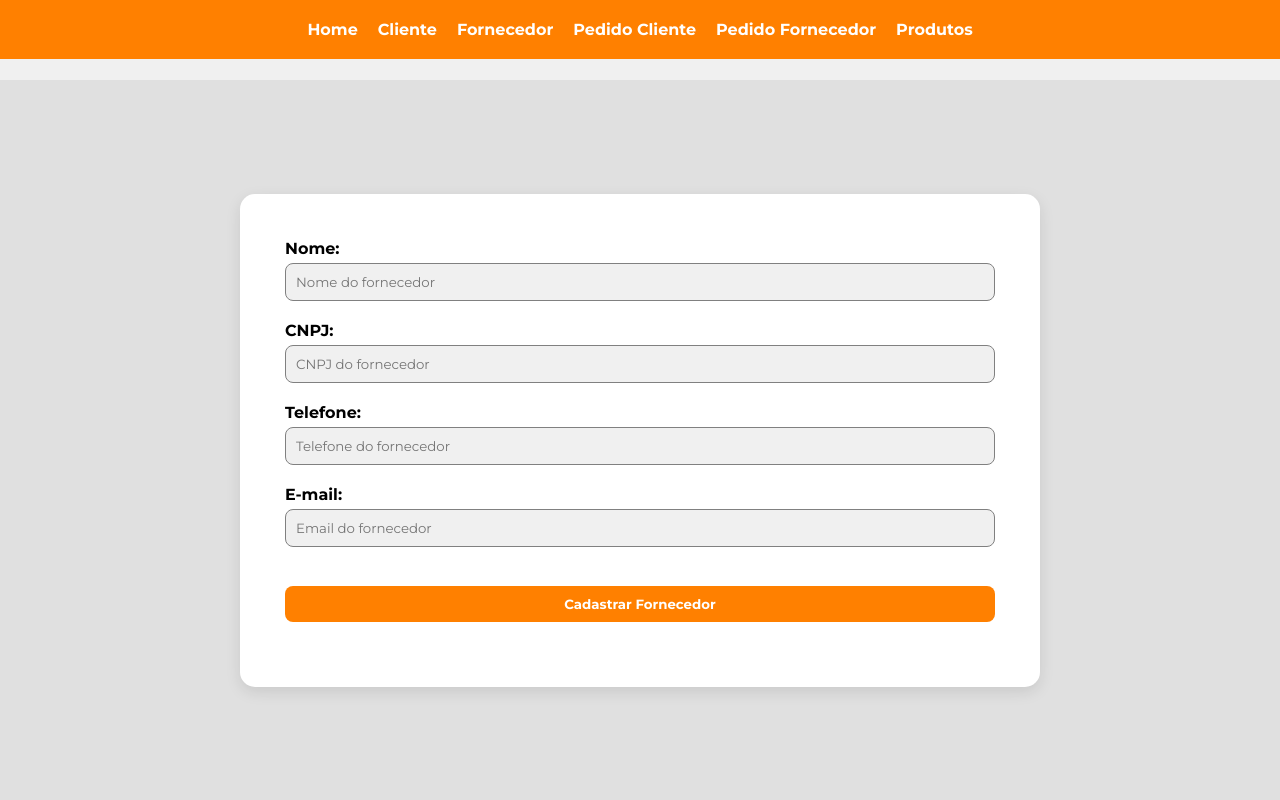
Repository: walterdmp/JavaWeb_BartoBotinas
Page: http://localhost/BartoBotinas/cadastrarFornecedor.jsp
These files come from the project's save history. The page is drawn as it stood at one moment and after the next save; the edit follows.
The browser window is 1280 px wide. The pictures show the whole page.
The page is served by Tomcat 9. Other server files are loaded and not shown.

Above is the page before, as saved 2024-07-30 20:36:03.

### BartoBotinas/WebContent/cadastrarFornecedor.jsp
<%@ page language="java" contentType="text/html; charset=UTF-8" pageEncoding="UTF-8"%>
<!DOCTYPE html>
<html>
<head>
<link rel="stylesheet" href="css/estilo.css">

<meta charset="UTF-8">
<title>Bartô Botinas</title>
</head>
<body>
	<nav class="bartoNav">
		<ul>
			<li><a href="home.jsp">Home</a></li>
			<li><a href="cadastrarCliente.jsp">Cliente</a></li>
			<li><a href="cadastrarFornecedor.jsp">Fornecedor</a></li>
			<li><a href="cadastrarPedidoCliente.jsp">Pedido Cliente</a></li>
			<li><a href="pedidoFornecedor.jsp">Pedido Fornecedor</a></li>
			<li><a href="cadastrarProdutos.jsp">Produtos</a></li>
		</ul>
	</nav>
	<main class="bartoMain">
		<form action="cadastrarFornecedor" method="post" class="bartoForm">
			<div>
				<label for="nome"><strong>Nome:</strong></label>
				<input type="text" id="nome" name="nome" placeholder="Nome do fornecedor" required>
			</div>
			<div>
				<label for="cnpj"><strong>CNPJ:</strong></label>
				<input type="text" id="cnpj" name="cnpj" placeholder="CNPJ do fornecedor" required>
			</div>
			<div>
				<label for="telefone"><strong>Telefone:</strong></label>
				<input type="text" id="telefone" name="telefone" placeholder="Telefone do fornecedor" required>
			</div>
			<div>
				<label for="email"><strong>E-mail:</strong></label>
				<input type="email" id="email" name="email" placeholder="Email do fornecedor" required>
			</div>

			<br>
			<div>
				<input id="bartoButton" type="submit" name="salvar" value="Cadastrar Fornecedor">
			</div>
		</form>
	</main>
</body>
</html>

### BartoBotinas/WebContent/css/estilo.css
@charset "ISO-8859-1";

@import url('https://fonts.googleapis.com/css2?family=Montserrat:ital,wght@0,100;0,200;0,300;0,400;0,500;0,600;0,700;0,800;0,900;1,100;1,200;1,300;1,400;1,500;1,600;1,700;1,800&display=swap');

* {
	margin: 0;
	padding: 0;
	box-sizing: border-box;
	text-decoration: none;
	list-style: none;
	font-family: 'Montserrat', sans-serif;
}

body {
	background-color: #f0f0f0;
}

.bartoNav {
	width: 100%;
	background-color: #ff8000;
	position: fixed;
	top: 0;
	left: 0;
	z-index: 1000;
}

.bartoNav ul {
	display: flex;
	flex-direction: row;
	gap: 20px;
	justify-content: center;
	padding: 20px;
	color: white;
	font-weight: bold;
}

.bartoNav a {
	color: white;
	transition: color 0.3s ease;
}

.bartoNav a:hover {
	color: #ffe0b3;
}

.bartoMain {
	display: flex;
	justify-content: center;
	align-items: center;
	background-color: #e0e0e0;
	width: 100%;
	height: 100vh;
	padding: 20px;
	margin-top: 80px; /* Ajustado para contabilizar a altura da barra de navegação fixa */
}

.bartoForm {
	display: flex;
	flex-direction: column;
	padding: 45px;
	width: 100%;
	max-width: 800px; /* Aumentado para melhor layout */
	background-color: white;
	border-radius: 15px;
	box-shadow: 0 5px 15px rgba(0, 0, 0, 0.1);
}

.bartoForm input {
	border-radius: 8px;
	border: 1px solid gray;
	width: 100%;
	padding: 10px;
	background-color: #f0f0f0;
	transition: background-color 0.3s ease, border-color 0.3s ease;
}

.bartoForm input:focus {
	background-color: #fff;
	border-color: #ff8000;
	outline: none;
}

.bartoForm div {
	display: flex;
	flex-direction: column;
	width: 100%;
	margin-bottom: 20px;
}

.bartoForm label {
	margin-bottom: 5px;
	font-weight: 600;
}

.endereco {
	margin-top: 20px;
	padding-top: 20px;
	border-top: 1px solid #ccc;
	width: 100%;
	display: flex;
	flex-wrap: wrap;
	gap: 20px;
}

.endereco > div {
	flex: 1 1 calc(50% - 20px); /* Assegura que os campos ocupem metade da largura disponível */
}

#bartoButton {
	background-color: #ff8000;
	border: none;
	color: white;
	font-weight: bold;
	padding: 10px 20px;
	border-radius: 8px;
	cursor: pointer;
	transition: background-color 0.3s ease;
}

#bartoButton:hover {
	background-color: #cc6600;
}

/* Estilizações para a página da empresa */
.empresaInfo {
	background-color: white;
	padding: 30px;
	border-radius: 10px;
	box-shadow: 0 5px 15px rgba(0, 0, 0, 0.1);
	width: 100%;
	max-width: 600px;
}

.empresaInfo h1 {
	margin-bottom: 20px;
	font-size: 24px;
	color: #333;
}

.empresaInfo p {
	margin-bottom: 10px;
	font-size: 18px;
	color: #666;
}

.empresaInfo p strong {
	color: #333;
}

/* Estilizações para o cadastro de itens do pedido do cliente */
.itensPedidoForm {
	background-color: white;
	padding: 30px;
	border-radius: 10px;
	box-shadow: 0 5px 15px rgba(0, 0, 0, 0.1);
	width: 100%;
	max-width: 600px;
}

.itensPedidoForm h1 {
	margin-bottom: 20px;
	font-size: 24px;
	color: #333;
}

.itensPedidoForm div {
	margin-bottom: 20px;
}

/* Estilizações para o cadastro de itens do pedido do fornecedor */
.fornecedorForm {
	background-color: white;
	padding: 30px;
	border-radius: 10px;
	box-shadow: 0 5px 15px rgba(0, 0, 0, 0.1);
	width: 100%;
	max-width: 600px;
}

.fornecedorForm h1 {
	margin-bottom: 20px;
	font-size: 24px;
	color: #333;
}

.fornecedorForm div {
	margin-bottom: 20px;
}

/* Estilizações para o cadastro de produtos */
.produtoForm {
	background-color: white;
	padding: 30px;
	border-radius: 10px;
	box-shadow: 0 5px 15px rgba(0, 0, 0, 0.1);
	width: 100%;
	max-width: 600px;
}

.produtoForm h1 {
	margin-bottom: 20px;
	font-size: 24px;
	color: #333;
}

.produtoForm div {
	margin-bottom: 20px;
}

@media (max-width: 600px) {
	.bartoNav ul {
		flex-direction: column;
		gap: 10px;
	}

	.bartoForm, .itensPedidoForm, .fornecedorForm, .produtoForm {
		padding: 30px;
		width: 100%;
	}

	.bartoForm input, .itensPedidoForm input, .fornecedorForm input, .produtoForm input {
		width: 100%;
	}

	.endereco {
		flex-direction: column;
	}

	.endereco > div {
		width: 100%;
	}
}

After the next save:
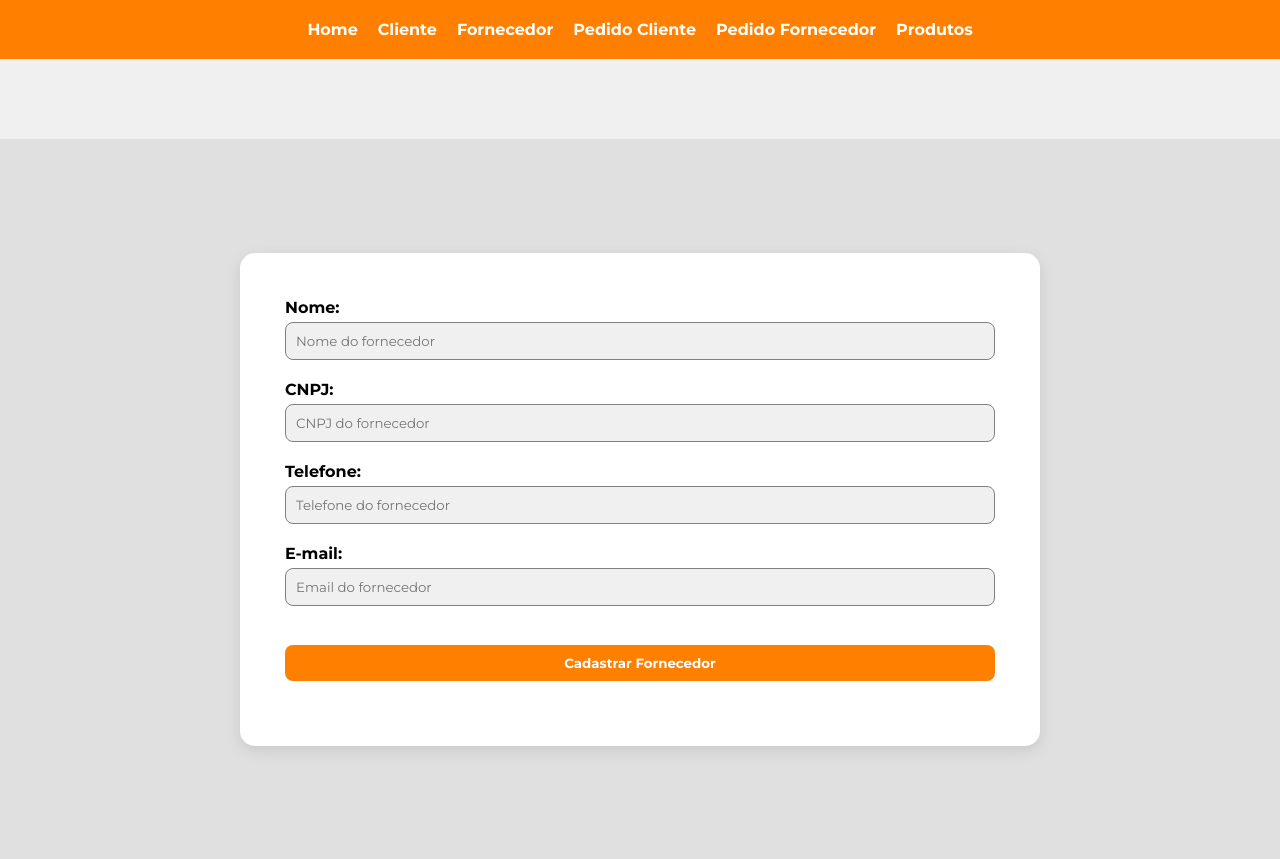
Saved 109 min 3 s later.
--- a/BartoBotinas/WebContent/css/estilo.css
+++ b/BartoBotinas/WebContent/css/estilo.css
@@ -18,7 +18,6 @@ body {
 .bartoNav {
 	width: 100%;
 	background-color: #ff8000;
-	position: fixed;
 	top: 0;
 	left: 0;
 	z-index: 1000;
